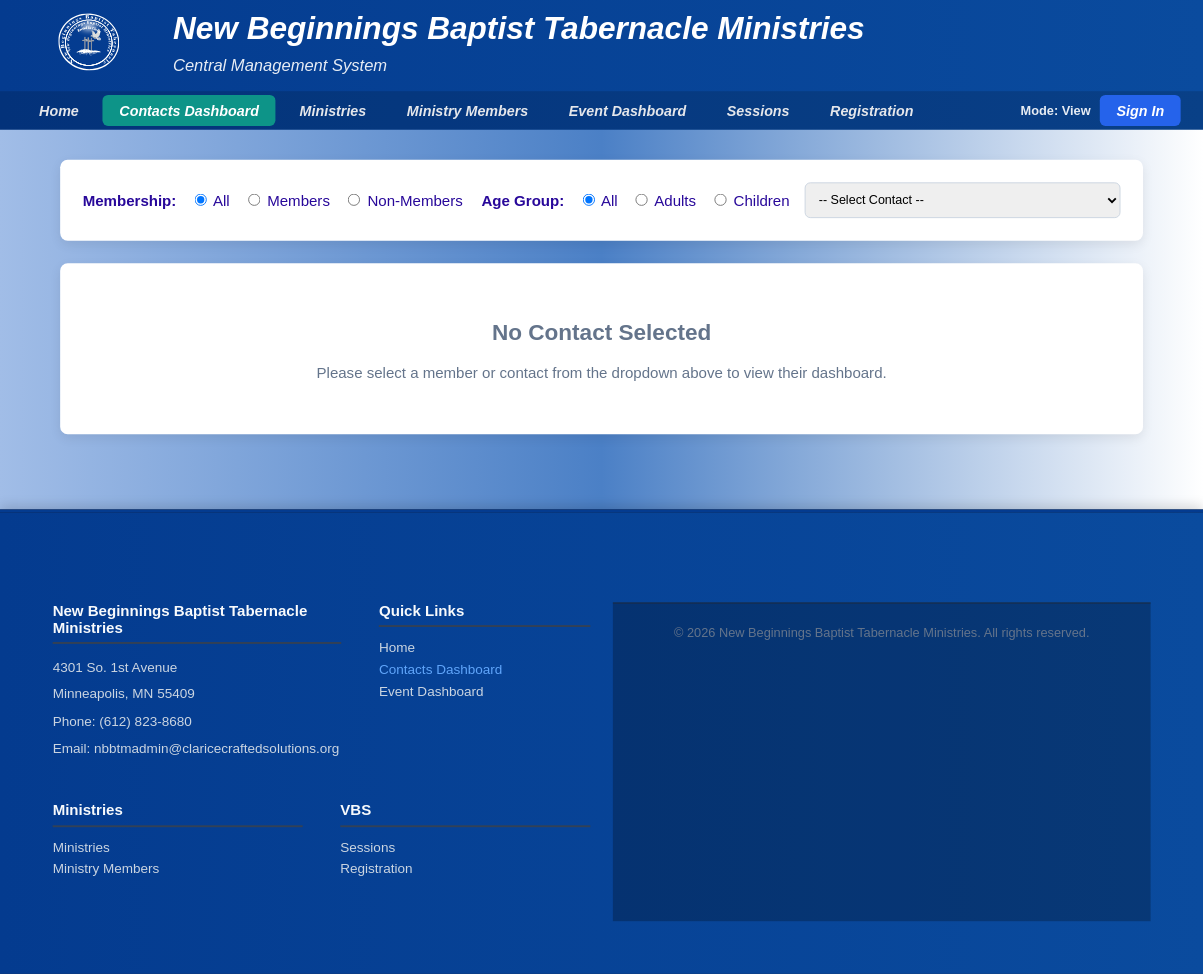
Repository: scherron56/nbbtm-central-cms
Page: http://localhost/contact_dashboard.php
These files come from the project's save history. The page is drawn as it stood at one moment and after the next save; the edit follows.
The browser window is 1280 px wide. The pictures show the whole page, at 94% of full size.
After loading, the first visible `#contactID` was changed once.
Some web fonts or font styles are not loaded; a fallback is used. The page is run by PHP 8.4 with error messages shown; the project is at /var/www/html/. Queries for data that is not in the repository find no rows.

Above is the page before, as saved 2026-08-19 18:22:02.

After the next save:
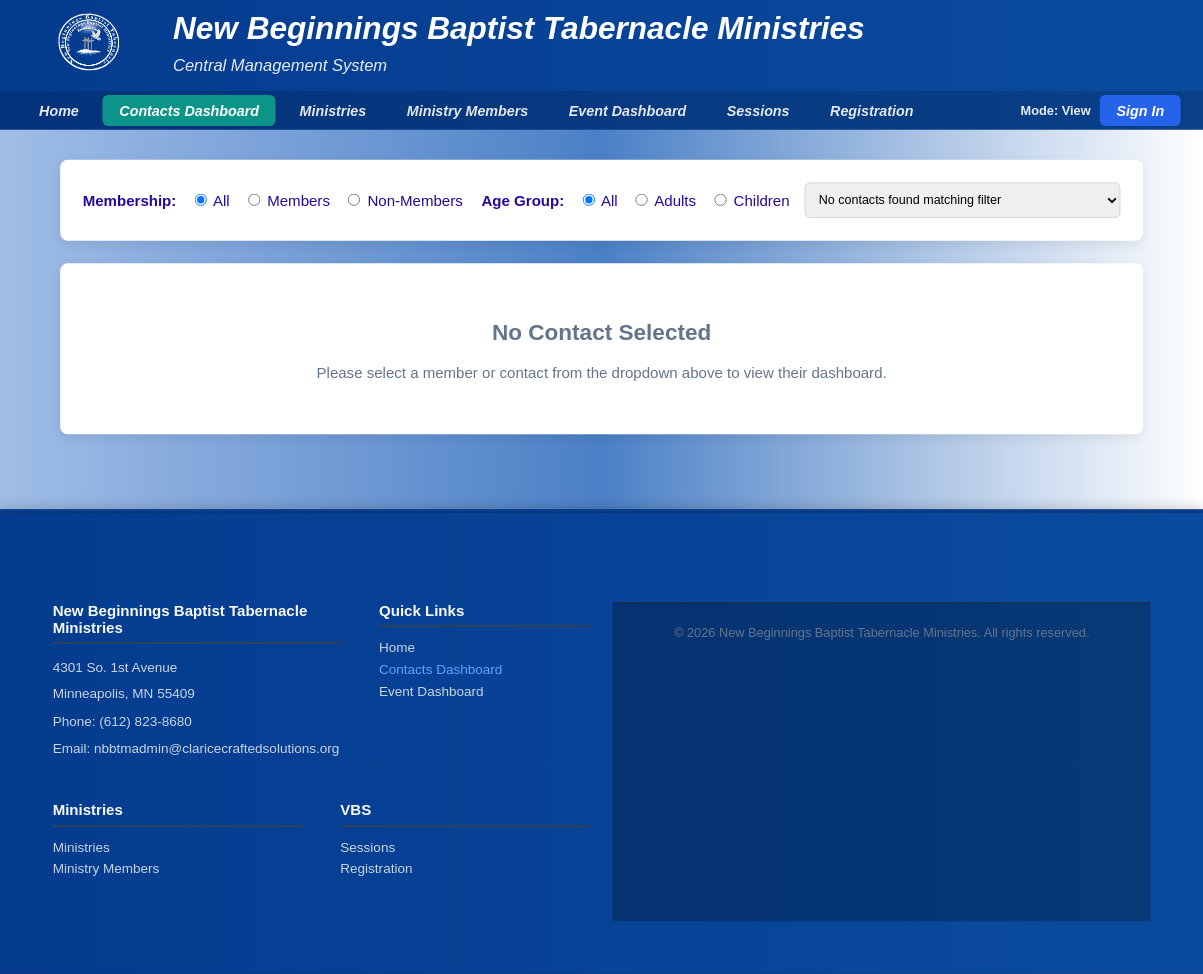
Saved 46 s later.
--- a/contact_dashboard.php
+++ b/contact_dashboard.php
@@ -1,5 +1,5 @@
 <?php
-// Enforce persistent cookie scope before session start
+// contact_dashboard.php
 if (session_status() === PHP_SESSION_NONE) {
   session_set_cookie_params([
     'lifetime' => 86400, // 24 Hours
@@ -10,7 +10,6 @@
   session_start();
 }
 
-// Require auth helper
 require_once __DIR__ . '/include/auth.php';
 ?>
 <!DOCTYPE html>
@@ -179,8 +178,8 @@
       });
 
       function loadContactList() {
-        let membersOnly = $('input[name="contact_filter"]:checked').val();
-        let ageFilter = $('input[name="age_filter"]:checked').val();
+        let membersOnly = $('input[name="contact_filter"]:checked').val() || 0;
+        let ageFilter   = $('input[name="age_filter"]:checked').val() || 0;
         let currentSelection = $('#contactID').val();
 
         $.ajax({
@@ -192,21 +191,37 @@
           },
           dataType: 'json',
           success: function(data) {
-            $('#contactID').empty().append($('<option>', {
+            if (data.status === 'error' || data.error) {
+              showOnScreenError(data.message || data.error || "Failed to load contacts list.");
+              return;
+            }
+
+            let $dropdown = $('#contactID').empty().append($('<option>', {
               value: '',
               text: '-- Select Contact --'
             }));
-            if (data.contacts && Array.isArray(data.contacts)) {
+
+            if (data.contacts && Array.isArray(data.contacts) && data.contacts.length > 0) {
               $.each(data.contacts, function(i, item) {
-                $('#contactID').append($('<option>', {
+                $dropdown.append($('<option>', {
                   value: item.contact_id,
                   text: item.fullname
                 }));
               });
+            } else {
+              $dropdown.append($('<option>', {
+                value: '',
+                text: 'No contacts found matching filter'
+              }));
             }
+
             if (currentSelection) {
               $('#contactID').val(currentSelection);
             }
+          },
+          error: function(xhr, status, error) {
+            console.error("getLists error response:", xhr.responseText);
+            showOnScreenError("Error loading contact list. Check database connection or server logs.");
           }
         });
       }
@@ -625,9 +640,7 @@
           <!-- IMPORTANT DOCUMENTS CARD -->
           <div class="card">
             <h3>Important Documents</h3>
-            <ul id="dash-document-list" class="doc-list">
-              <!-- Dynamically populated -->
-            </ul>
+            <ul id="dash-document-list" class="doc-list"></ul>
           </div>
 
         </div>
